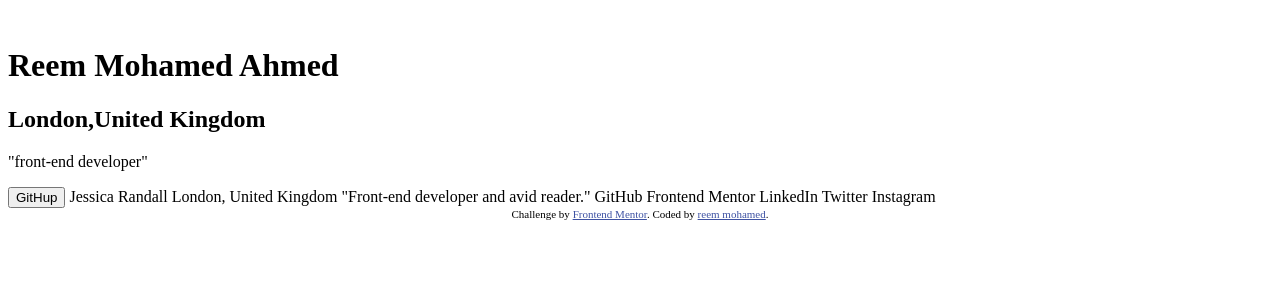
Repository: reemoon-ctrl/social_links_profile_main
Page: index.html
These files come from the project's save history. The page is drawn as it stood at one moment and after a run of saves; the edit follows.
The browser window is 1280 px wide. The pictures show the whole page.

Above is the page before, as saved 2024-07-23 08:34:41.

### index.html
<!DOCTYPE html>
<html lang="en">
<head>
  <meta charset="UTF-8">
  <meta name="viewport" content="width=device-width, initial-scale=1.0"> <!-- displays site properly based on user's device -->

  <link rel="icon" type="image/png" sizes="32x32" href="./assets/images/favicon-32x32.png">

  <title>Frontend Mentor | Social links profile</title>

  <!-- Feel free to remove these styles or customise in your own stylesheet 👍 -->
  <style>
    .attribution { font-size: 11px; text-align: center; }
    .attribution a { color: hsl(228, 45%, 44%); }
  </style>
</head>
<body>
  <main>
    <div class="form-container">
      <div>
      <img src="" alt="">
      <h1>Reem Mohamed Ahmed</h1>
      <h2>London,United Kingdom</h2>
      <p>"front-end developer"</p>
      <button>
        GitHup
      </button>



              Jessica Randall
              London, United Kingdom
              "Front-end developer and avid reader."

              GitHub
              Frontend Mentor
              LinkedIn
              Twitter
              Instagram
      </div>
  </div>
 </main>
  <footer>
  <div class="attribution">
    Challenge by <a href="https://www.frontendmentor.io?ref=challenge" target="_blank">Frontend Mentor</a>.
    Coded by <a href="https://www.frontendmentor.io/reemoon-ctrl">reem mohamed</a>.
  </div>
  </footer>
</body>
</html>

After the next 2 saves:
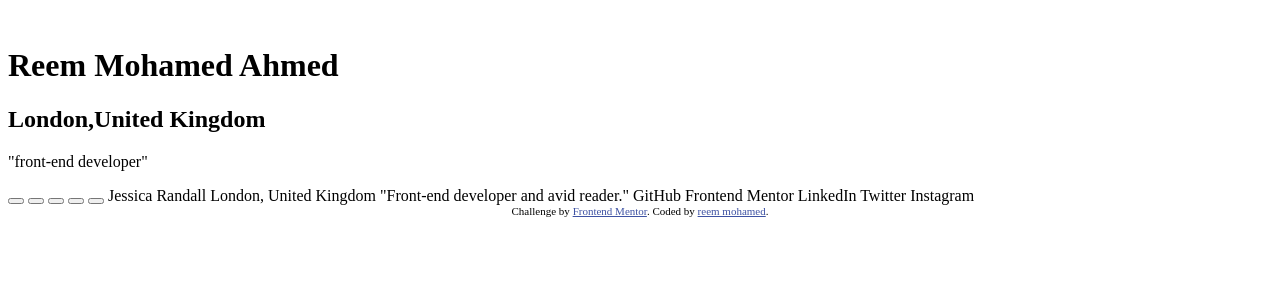
The 2 saves are shown as one change because they came seconds apart.
The last was saved 10 s later.
--- a/index.html
+++ b/index.html
@@ -22,9 +22,11 @@
       <h1>Reem Mohamed Ahmed</h1>
       <h2>London,United Kingdom</h2>
       <p>"front-end developer"</p>
-      <button>
-        GitHup
-      </button>
+      <button></button>
+      <button></button>
+      <button></button>
+      <button></button>
+      <button></button>
 
 
 
